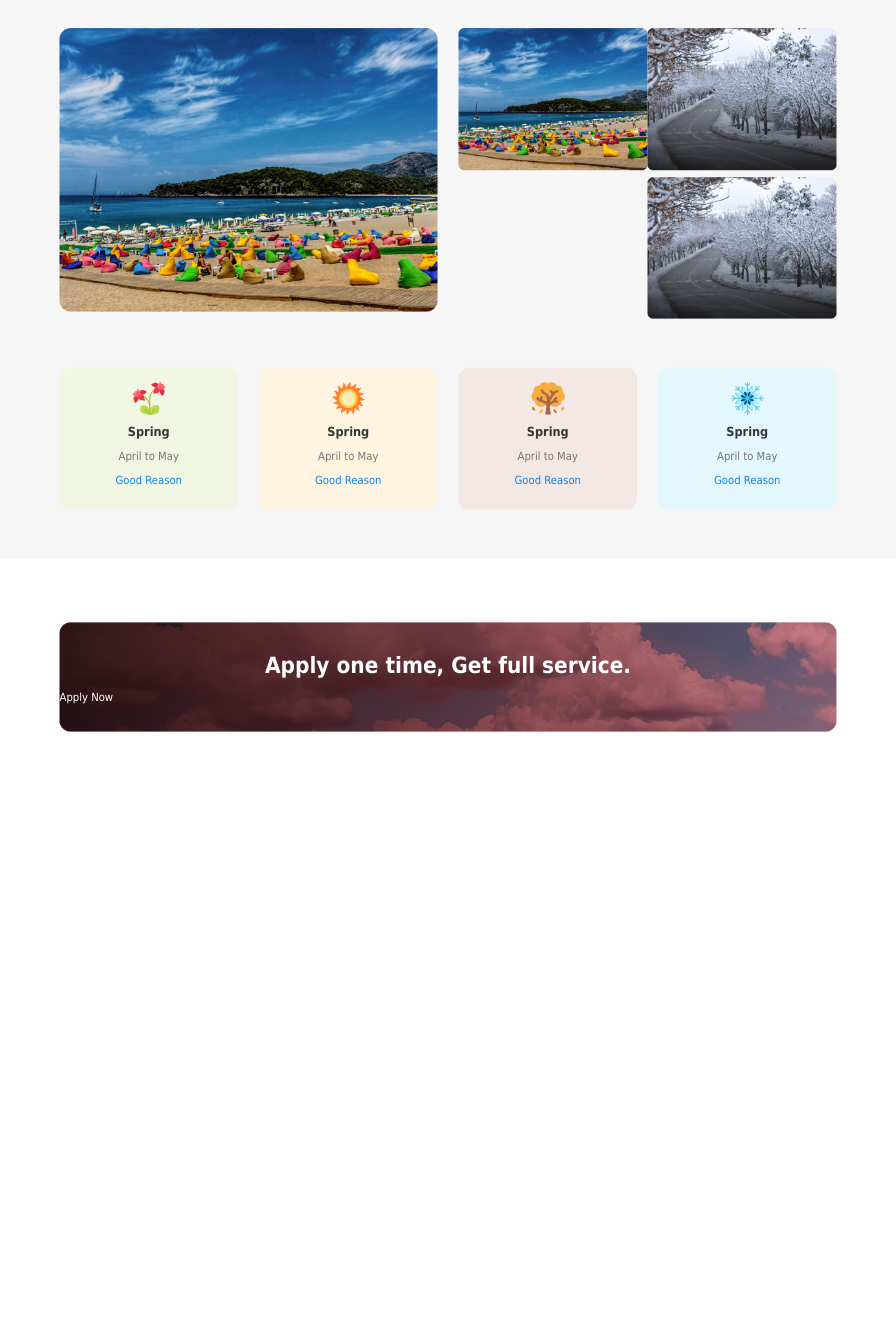
Repository: cvminhquan/turkey
Page: index.html
An editor plug-in stored every save of this project. The page is shown before and after the next save, followed by the edit.
The browser window is 1280 px wide. The pictures show the part of the page from y = 3013 to 4933 px (the page is 30000 px tall), at 70% of full size.
The style sheet was rebuilt from its Sass, Less or Tailwind sources for each picture, by a compiler version that may differ from the author's.

Above is the page before, as saved 2022-09-15 23:00:09.

After the next save:
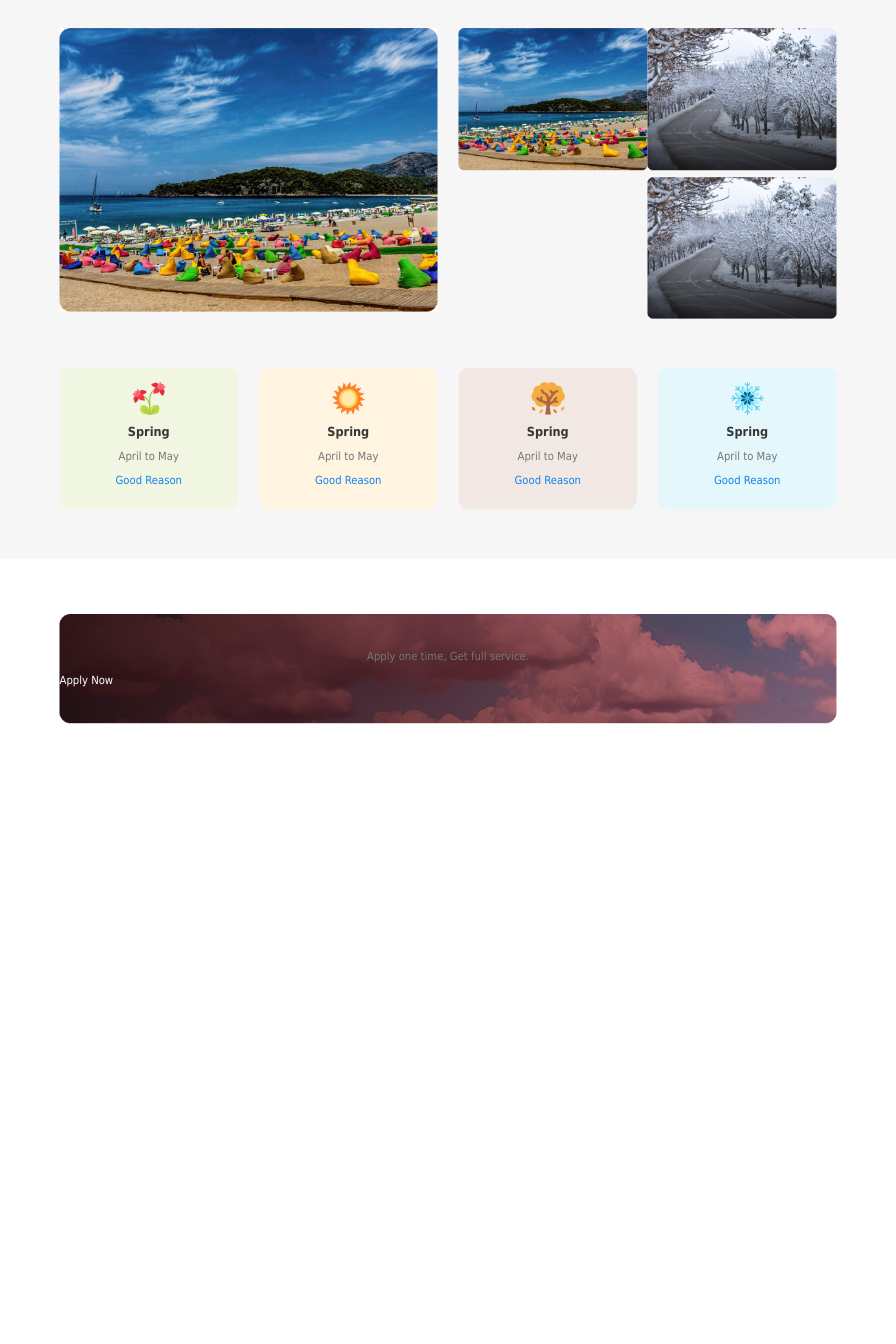
Saved 3 s later.
--- a/index.html
+++ b/index.html
@@ -245,8 +245,8 @@
             <div>
                 <div class="container">
                     <div class="ad-infor">
-                        <p class="text-center ad-infor-title">Apply one time, Get full service.</p>
-                        <a href="">Apply Now</a>
+                        <p class="text-center">Apply one time, Get full service.</p>
+                        <a href="ad-infor-title">Apply Now</a>
                     </div>
                 </div>
             </div>

After the save that followed:
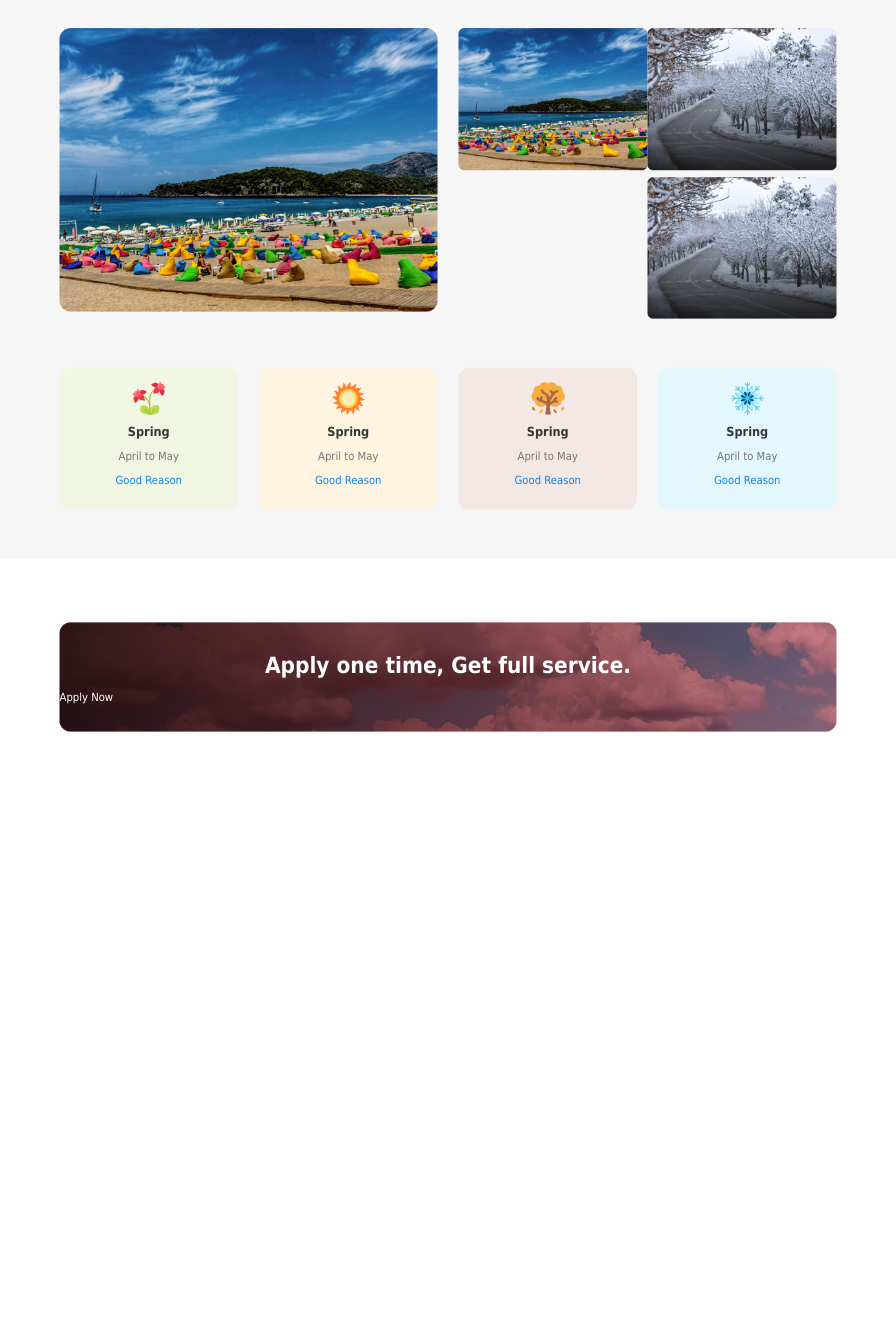
Saved 21 s later.
--- a/index.html
+++ b/index.html
@@ -245,8 +245,8 @@
             <div>
                 <div class="container">
                     <div class="ad-infor">
-                        <p class="text-center">Apply one time, Get full service.</p>
-                        <a href="ad-infor-title">Apply Now</a>
+                        <p class="text-center ad-infor-title">Apply one time, Get full service.</p>
+                        <a href="">Apply Now</a>
                     </div>
                 </div>
             </div>
